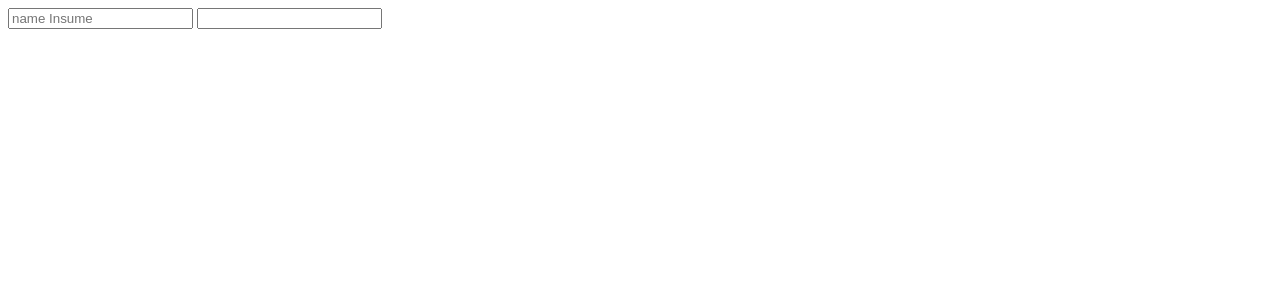
Repository: Esttevo/list-rewiew-js-2
Page: modulo-6/att-3/index.html
These files come from the project's save history. The page is drawn as it stood at one moment and after a run of saves; the edit follows.
The browser window is 1280 px wide. The pictures show the whole page.

Above is the page before, as saved 2026-10-22 20:35:49.

### modulo-6/att-3/index.html
<!DOCTYPE html>
<html lang="en">
<head>
    <meta charset="UTF-8">
    <meta name="viewport" content="width=device-width, initial-scale=1.0">
    <title>Document</title>
    <script src="/modulo-6/att-3/app.js" defer></script>
    <link rel="stylesheet" href="/modulo-6/att-3/style.css">
</head>
<body>
    <form id="form" action="">
        <input id='name-insume' type="text" placeholder="name Insume">

        <input id="qnt-insume" type="text">


    </form>

</body>
</html>

### modulo-6/att-3/app.js
// Crie um formulário com dois campos de entrada (<input id='nomeInsumo'> e <input id='qtdInsumo'>) e o botão
{/* 'Adicionar ao Estoque'. Ao clicar, crie dinamicamente uma nova linha (<tr>) na tabela (<tbody id='tabelaEstoque'>)  */}
{/* exibindo o nome e a quantidade do insumo informado.  */}

Loaded but not shown: modulo-6/att-3/style.css (no stored copy; drawn as an empty file)

After the next 2 saves:
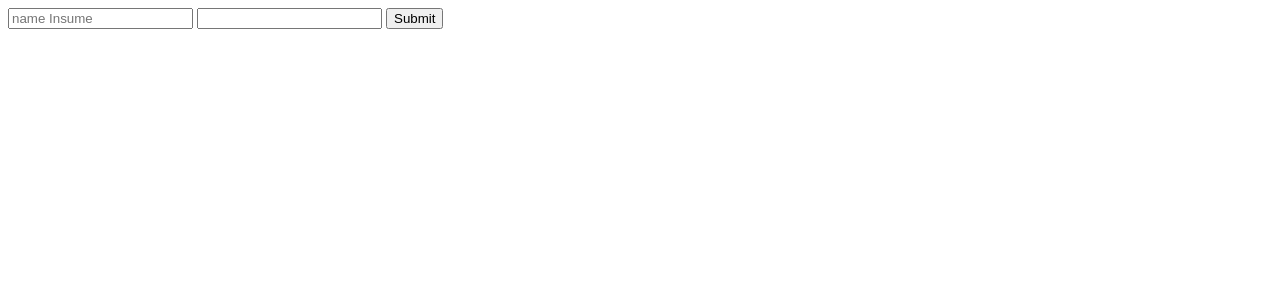
The 2 saves are shown as one change because they came seconds apart.
The last was saved 40 s later.
--- a/modulo-6/att-3/index.html
+++ b/modulo-6/att-3/index.html
@@ -13,7 +13,7 @@
 
         <input id="qnt-insume" type="text">
 
-
+        <input type="submit" name="" id="">
     </form>
 
 </body>
